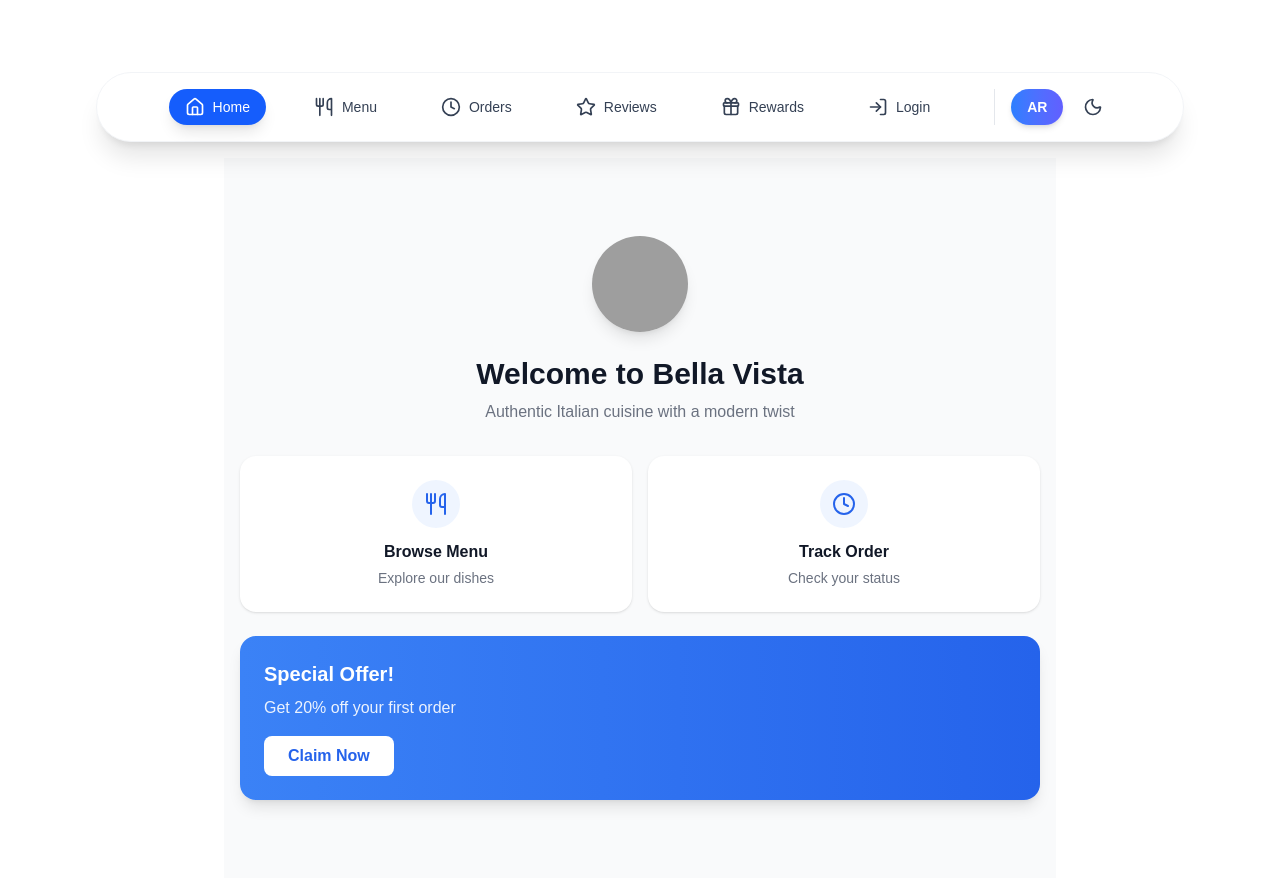
Repository: GraduationMERN/restaurant-system
Page: / (app in client/)
An editor plug-in stored every save of this project. The page is shown before and after the next save, followed by the edit.
The browser window is 1280 px wide. The pictures show the whole page.
Pictures or frames that could not be fetched are drawn as grey boxes. The project was rebuilt for these pictures with package versions that can differ from the ones it lists, and the page was loaded fresh each time. Also part of the build but not shown: client/vite.config.js, client/src/pages/ReviewsPage.jsx, client/src/pages/RewardPage.jsx, client/src/components/ui/badge/Badge.jsx, client/src/components/ecommerce/EcommerceMetrics.jsx, client/src/components/ui/dropdown/Dropdown.jsx, client/src/components/ui/dropdown/DropdownItem.jsx, client/src/components/ecommerce/MonthlySalesChart.jsx and 36 more. Imported but missing from the stored project, and not drawn on this page: client/src/components/form/input/InputField, client/src/pages/admin/UserProfiles.

Above is the page before, as saved 2025-11-29 02:48:17.

### client/index.html
<!doctype html>
<html lang="en">
  <head>
    <meta charset="UTF-8" />
    <link rel="icon" type="image/svg+xml" href="/vite.svg" />
    <meta name="viewport" content="width=device-width, initial-scale=1.0" />
    <title>Restuarant</title>
  </head>
  <body>
    <div id="root"></div>
    <script type="module" src="/src/main.jsx"></script>
  </body>
</html>

### client/src/main.jsx
import { StrictMode } from 'react'
import { createRoot } from 'react-dom/client'
import './index.css'
import "swiper/swiper-bundle.css";
import "flatpickr/dist/flatpickr.css";
import App from './App.jsx'
import './i18n';
import { AppWrapper } from "./components/common/PageMeta.jsx";
import { ThemeProvider } from "./context/ThemeContext.jsx";
createRoot(document.getElementById('root')).render(
  // <StrictMode>
  <ThemeProvider>
    <AppWrapper>
      <App />
    </AppWrapper>
  </ThemeProvider>
  // </StrictMode>,
)

### client/src/App.jsx
import { BrowserRouter, Routes, Route } from "react-router-dom";
import ReviewsPage from "./pages/ReviewsPage";
import LandingPage from "./pages/LandingPage";
import Layout from "./components/Layout";
import RewardPage from "./pages/RewardPage";
import Admin from "./pages/admin/Admin";
import AppLayout from "./layout/admin-layout/AppLayout";
import { ScrollToTop } from "./components/common/ScrollToTop";
import OrderPage from "./features/orders/ui/OrderPage";

function App() {
  return (
    <BrowserRouter>
      <ScrollToTop />
      <Layout>
        <Routes>
          <Route path="/" element={<LandingPage />} />
          <Route path="/reviews" element={<ReviewsPage />} />
          <Route path="/rewards" element={<RewardPage />} />
           <Route path="/orders" element={<OrderPage />} />
          {/* Single Admin Page with section sub-route */}
          <Route element={<AppLayout />}>
            <Route path="/admin/:section?" element={<Admin />} />
          </Route>
        </Routes>
      </Layout>
    </BrowserRouter>
  );
}

export default App;

### client/src/components/common/PageMeta.jsx
import { HelmetProvider, Helmet } from "react-helmet-async";

const PageMeta = ({ title, description }) => (
  <Helmet>
    <title>{title}</title>
    <meta name="description" content={description} />
  </Helmet>
);

export const AppWrapper = ({ children }) => (
  <HelmetProvider>{children}</HelmetProvider>
);

export default PageMeta;

### client/src/context/ThemeContext.jsx
import { createContext, useState, useContext, useEffect } from "react";

const ThemeContext = createContext(undefined);

export const ThemeProvider = ({ children }) => {
  const [theme, setTheme] = useState("light");
  const [isInitialized, setIsInitialized] = useState(false);

  useEffect(() => {
    // This code will only run on the client side
    const savedTheme = localStorage.getItem("theme");
    const initialTheme = savedTheme || "light"; // Default to light theme

    setTheme(initialTheme);
    setIsInitialized(true);
  }, []);

  useEffect(() => {
    if (isInitialized) {
      localStorage.setItem("theme", theme);
      if (theme === "dark") {
        document.documentElement.classList.add("dark");
      } else {
        document.documentElement.classList.remove("dark");
      }
    }
  }, [theme, isInitialized]);

  const toggleTheme = () => {
    setTheme((prevTheme) => (prevTheme === "light" ? "dark" : "light"));
  };

  return (
    <ThemeContext.Provider value={{ theme, toggleTheme }}>
      {children}
    </ThemeContext.Provider>
  );
};

export const useTheme = () => {
  const context = useContext(ThemeContext);
  if (context === undefined) {
    throw new Error("useTheme must be used within a ThemeProvider");
  }
  return context;
};

### client/src/pages/LandingPage.jsx
import React from "react";
import { Utensils, Clock } from "lucide-react";

export default function LandingPage() {
  return (
    <div className="min-h-screen bg-default flex items-center justify-center px-4">
      <div className="max-w-7xl w-full">
        {/* Logo and Header */}
        <div className="text-center mb-8">
          <div className="w-24 h-24 mx-auto mb-6 rounded-full overflow-hidden shadow-lg">
            <img
              src="https://images.unsplash.com/photo-1517248135467-4c7edcad34c4?w=200&h=200&fit=crop"
              alt="Bella Vista"
              className="w-full h-full object-cover"
            />
          </div>
          <h1 className="text-3xl font-bold text-on-surface mb-2">
            Welcome to Bella Vista
          </h1>
          <p className="text-muted">
            Authentic Italian cuisine with a modern twist
          </p>
        </div>

        {/* Action Cards */}
        <div className="grid grid-cols-2 gap-4 mb-6">
          <button className="bg-surface rounded-2xl p-6 shadow-sm hover:shadow-md transition text-center">
            <div className="w-12 h-12 bg-primary-100 rounded-full flex items-center justify-center mx-auto mb-3">
              <Utensils className="w-6 h-6 text-primary" />
            </div>
            <h3 className="font-semibold text-on-surface mb-1">Browse Menu</h3>
            <p className="text-sm text-muted">Explore our dishes</p>
          </button>

          <button className="bg-surface rounded-2xl p-6 shadow-sm hover:shadow-md transition text-center">
            <div className="w-12 h-12 bg-primary-100 rounded-full flex items-center justify-center mx-auto mb-3">
              <Clock className="w-6 h-6 text-primary" />
            </div>
            <h3 className="font-semibold text-on-surface mb-1">Track Order</h3>
            <p className="text-sm text-muted">Check your status</p>
          </button>
        </div>

        {/* Special Offer Card */}
        <div className="bg-primary-gradient rounded-2xl p-6 shadow-lg text-white">
          <h3 className="text-xl font-bold mb-2">Special Offer!</h3>
          <p className="mb-4 opacity-90">Get 20% off your first order</p>
          <button className="bg-surface text-primary px-6 py-2 rounded-lg font-semibold hover:bg-default transition">
            Claim Now
          </button>
        </div>
      </div>
    </div>
  );
}

### client/src/components/Layout.jsx
import DesktopNav from "./desktopNav";
import Navbar from "./Navbar";
import { useLocation } from "react-router-dom";

export default function Layout({ children }) {
  const location = useLocation();
  const isAdmin = location.pathname.startsWith("/admin");

  return (
    <div className="min-h-screen w-full flex flex-col bg-white">

      {/* Desktop navbar */}
      {!isAdmin && <DesktopNav />}

      {/* Main content with correct spacing */}
      <div
        className={`w-full flex justify-center ${
          !isAdmin ? "pt-[18vh] pb-20 md:pt-[22vh] md:pb-4" : ""
        }`}
      >
        <div className="w-full max-w-xl px-4 md:max-w-4xl md:px-8">
          {children}
        </div>
      </div>

      {/* Mobile bottom navbar */}
      {!isAdmin && (
        <div className="md:hidden fixed bottom-0 left-0 right-0 bg-white shadow-lg border-t border-gray-200 z-50">
          <div className="w-full max-w-xl mx-auto h-16 flex justify-between items-center px-4">
            <Navbar />
          </div>
        </div>
      )}

    </div>
  );
}

### client/src/components/DesktopNav.jsx
import {
  Home,
  Utensils,
  Clock4,
  Star,
  Gift,
  Moon,
  LogInIcon,
  Menu,
  X,
} from "lucide-react";
import { Link, useLocation } from "react-router-dom";
import { useTranslation } from "react-i18next";
import { useState } from "react";

export default function DesktopNav() {
  const { t, i18n } = useTranslation();
  const location = useLocation();
  const [isMenuOpen, setIsMenuOpen] = useState(false);

  const isActive = (path) => location.pathname === path;

  return (
    <>
      {/* Desktop Horizontal Navbar */}
      <nav className="hidden md:block fixed top-0 left-0 right-0 z-50 pt-[10vh]">
        <div className="max-w-6xl mx-auto px-8">
          <div className="bg-white shadow-xl rounded-full border border-gray-100 px-8 py-4 flex items-center justify-center gap-8">
            <Link
              to="/"
              className={`flex items-center gap-2 px-4 py-2 rounded-full transition-all duration-300 font-medium ${
                isActive('/')
                  ? 'bg-blue-600 text-white shadow-lg'
                  : 'text-gray-700 hover:bg-blue-50 hover:text-blue-600'
              }`}
            >
              <Home size={20} />
              <span className="text-sm">{t("home")}</span>
            </Link>

            <Link
              to="/menu"
              className={`flex items-center gap-2 px-4 py-2 rounded-full transition-all duration-300 font-medium ${
                isActive('/menu')
                  ? 'bg-blue-600 text-white shadow-lg'
                  : 'text-gray-700 hover:bg-blue-50 hover:text-blue-600'
              }`}
            >
              <Utensils size={20} />
              <span className="text-sm">{t("menu")}</span>
            </Link>

            <Link
              to="/orders"
              className={`flex items-center gap-2 px-4 py-2 rounded-full transition-all duration-300 font-medium ${
                isActive('/orders')
                  ? 'bg-blue-600 text-white shadow-lg'
                  : 'text-gray-700 hover:bg-blue-50 hover:text-blue-600'
              }`}
            >
              <Clock4 size={20} />
              <span className="text-sm">{t("orders")}</span>
            </Link>

            <Link
              to="/reviews"
              className={`flex items-center gap-2 px-4 py-2 rounded-full transition-all duration-300 font-medium ${
                isActive('/reviews')
                  ? 'bg-blue-600 text-white shadow-lg'
                  : 'text-gray-700 hover:bg-blue-50 hover:text-blue-600'
              }`}
            >
              <Star size={20} />
              <span className="text-sm">{t("reviews")}</span>
            </Link>

            <Link
              to="/rewards"
              className={`flex items-center gap-2 px-4 py-2 rounded-full transition-all duration-300 font-medium ${
                isActive('/rewards')
                  ? 'bg-blue-600 text-white shadow-lg'
                  : 'text-gray-700 hover:bg-blue-50 hover:text-blue-600'
              }`}
            >
              <Gift size={20} />
              <span className="text-sm">{t("rewards")}</span>
            </Link>

            <Link
              to="/login"
              className={`flex items-center gap-2 px-4 py-2 rounded-full transition-all duration-300 font-medium ${
                isActive('/login')
                  ? 'bg-blue-600 text-white shadow-lg'
                  : 'text-gray-700 hover:bg-blue-50 hover:text-blue-600'
              }`}
            >
              <LogInIcon size={20} />
              <span className="text-sm">{t("Login")}</span>
            </Link>

            <div className="flex items-center gap-3 ml-4 pl-4 border-l border-gray-200">
              {i18n.language === "en" && (
                <button
                  onClick={() => i18n.changeLanguage("ar")}
                  className="px-4 py-2 bg-gradient-to-r from-blue-500 to-indigo-500 text-white rounded-full hover:from-blue-600 hover:to-indigo-600 transition-all duration-300 font-semibold shadow-md hover:shadow-lg text-sm"
                >
                  AR
                </button>
              )}
              {i18n.language === "ar" && (
                <button
                  onClick={() => i18n.changeLanguage("en")}
                  className="px-4 py-2 bg-gradient-to-r from-blue-500 to-indigo-500 text-white rounded-full hover:from-blue-600 hover:to-indigo-600 transition-all duration-300 font-semibold shadow-md hover:shadow-lg text-sm"
                >
                  EN
                </button>
              )}

              <button className="p-2 hover:bg-gray-100 rounded-full transition-all duration-300 text-gray-700 hover:text-blue-600">
                <Moon size={20} />
              </button>
            </div>
          </div>
        </div>
      </nav>

      {/* Mobile Burger Menu */}
      <nav className="md:hidden fixed top-4 right-4 z-50">
        <button
          onClick={() => setIsMenuOpen(!isMenuOpen)}
          className="p-3 bg-white rounded-full shadow-lg text-gray-700 hover:text-blue-600 transition-all duration-300"
        >
          {isMenuOpen ? <X size={24} /> : <Menu size={24} />}
        </button>

        {/* Mobile Menu Dropdown */}
        {isMenuOpen && (
          <div className="absolute top-16 right-0 bg-white rounded-2xl shadow-xl border border-gray-100 py-4 w-56">
            <div className="flex justify-center gap-2 px-4 mb-4 pb-4 border-b border-gray-100">
              {i18n.language === "en" && (
                <button
                  onClick={() => i18n.changeLanguage("ar")}
                  className="px-4 py-2 bg-gradient-to-r from-blue-500 to-indigo-500 text-white rounded-lg hover:from-blue-600 hover:to-indigo-600 transition-all duration-300 font-semibold shadow-md text-sm"
                >
                  AR
                </button>
              )}
              {i18n.language === "ar" && (
                <button
                  onClick={() => i18n.changeLanguage("en")}
                  className="px-4 py-2 bg-gradient-to-r from-blue-500 to-indigo-500 text-white rounded-lg hover:from-blue-600 hover:to-indigo-600 transition-all duration-300 font-semibold shadow-md text-sm"
                >
                  EN
                </button>
              )}

              <button className="p-2 hover:bg-gray-100 rounded-lg transition-all duration-300 text-gray-700 hover:text-blue-600">
                <Moon size={20} />
              </button>
            </div>

            <Link
              to="/"
              onClick={() => setIsMenuOpen(false)}
              className={`mx-3 px-4 py-3 rounded-xl flex items-center gap-3 transition-all duration-300 font-medium ${
                isActive('/')
                  ? 'bg-blue-600 text-white shadow-lg'
                  : 'text-gray-700 hover:bg-blue-50 hover:text-blue-600'
              }`}
            >
              <Home size={20} />
              <span className="text-sm">{t("home")}</span>
            </Link>

            <Link
              to="/menu"
              onClick={() => setIsMenuOpen(false)}
              className={`mx-3 px-4 py-3 rounded-xl flex items-center gap-3 transition-all duration-300 font-medium ${
                isActive('/menu')
                  ? 'bg-blue-600 text-white shadow-lg'
                  : 'text-gray-700 hover:bg-blue-50 hover:text-blue-600'
              }`}
            >
              <Utensils size={20} />
              <span className="text-sm">{t("menu")}</span>
            </Link>

            <Link
              to="/orders"
              onClick={() => setIsMenuOpen(false)}
              className={`mx-3 px-4 py-3 rounded-xl flex items-center gap-3 transition-all duration-300 font-medium ${
                isActive('/orders')
                  ? 'bg-blue-600 text-white shadow-lg'
                  : 'text-gray-700 hover:bg-blue-50 hover:text-blue-600'
              }`}
            >
              <Clock4 size={20} />
              <span className="text-sm">{t("orders")}</span>
            </Link>

            <Link
              to="/reviews"
              onClick={() => setIsMenuOpen(false)}
              className={`mx-3 px-4 py-3 rounded-xl flex items-center gap-3 transition-all duration-300 font-medium ${
                isActive('/reviews')
                  ? 'bg-blue-600 text-white shadow-lg'
                  : 'text-gray-700 hover:bg-blue-50 hover:text-blue-600'
              }`}
            >
              <Star size={20} />
              <span className="text-sm">{t("reviews")}</span>
            </Link>

            <Link
              to="/rewards"
              onClick={() => setIsMenuOpen(false)}
              className={`mx-3 px-4 py-3 rounded-xl flex items-center gap-3 transition-all duration-300 font-medium ${
                isActive('/rewards')
                  ? 'bg-blue-600 text-white shadow-lg'
                  : 'text-gray-700 hover:bg-blue-50 hover:text-blue-600'
              }`}
            >
              <Gift size={20} />
              <span className="text-sm">{t("rewards")}</span>
            </Link>

            <Link
              to="/login"
              onClick={() => setIsMenuOpen(false)}
              className={`mx-3 px-4 py-3 rounded-xl flex items-center gap-3 transition-all duration-300 font-medium ${
                isActive('/login')
                  ? 'bg-blue-600 text-white shadow-lg'
                  : 'text-gray-700 hover:bg-blue-50 hover:text-blue-600'
              }`}
            >
              <LogInIcon size={20} />
              <span className="text-sm">{t("Login")}</span>
            </Link>
          </div>
        )}
      </nav>
    </>
  );
}

### client/src/components/Navbar.jsx
import { Home, Utensils, Clock4, Star, Gift } from "lucide-react";
import { Link, useLocation } from "react-router-dom";
import { useTranslation } from 'react-i18next';

export default function Navbar() {
  const { t, i18n } = useTranslation();
  const location = useLocation();

  const isActive = (path) => location.pathname === path;

  return (
    <div className="w-full flex justify-between items-center">
      {i18n.language === "en" && (
        <button
          onClick={() => i18n.changeLanguage("ar")}
          className="flex flex-col items-center text-gray-600 hover:text-blue-600 transition-colors"
        >
          <span className="text-xs font-medium">AR</span>
        </button>
      )}
      {i18n.language === "ar" && (
        <button
          onClick={() => i18n.changeLanguage("en")}
          className="flex flex-col items-center text-gray-600 hover:text-blue-600 transition-colors"
        >
          <span className="text-xs font-medium">EN</span>
        </button>
      )}

      <Link
        to="/"
        className={`flex flex-col items-center transition-colors ${
          isActive('/') ? 'text-blue-600' : 'text-gray-600 hover:text-blue-600'
        }`}
      >
        <Home size={20} />
        <span className="text-xs">{t("home")}</span>
      </Link>

      <Link
        to="/menu"
        className={`flex flex-col items-center transition-colors ${
          isActive('/menu') ? 'text-blue-600' : 'text-gray-600 hover:text-blue-600'
        }`}
      >
        <Utensils size={20} />
        <span className="text-xs">{t("menu")}</span>
      </Link>

      <Link
        to="/orders"
        className={`flex flex-col items-center transition-colors ${
          isActive('/orders') ? 'text-blue-600' : 'text-gray-600 hover:text-blue-600'
        }`}
      >
        <Clock4 size={20} />
        <span className="text-xs">{t("orders")}</span>
      </Link>

      <Link
        to="/reviews"
        className={`flex flex-col items-center transition-colors ${
          isActive('/reviews') ? 'text-blue-600' : 'text-gray-600 hover:text-blue-600'
        }`}
      >
        <Star size={20} />
        <span className="text-xs">{t("reviews")}</span>
      </Link>

      <Link
        to="/rewards"
        className={`flex flex-col items-center transition-colors ${
          isActive('/rewards') ? 'text-blue-600' : 'text-gray-600 hover:text-blue-600'
        }`}
      >
        <Gift size={20} />
        <span className="text-xs">{t("rewards")}</span>
      </Link>
    </div>
  );
}

Loaded but not shown: client/src/index.css (common file); client/src/components/common/ScrollToTop.jsx (common file); client/src/languages/ArabicLang.json (7 lines, source omitted); client/src/languages/EnglishLang.json (7 lines, source omitted); client/src/icons/admin-icons/index.js (43 lines, source omitted); client/src/i18n.js (30 lines, source omitted); client/src/layout/admin-layout/AppSidebar.jsx (280 lines, source omitted); client/src/admin.css (170 lines, source omitted)

After the next save:
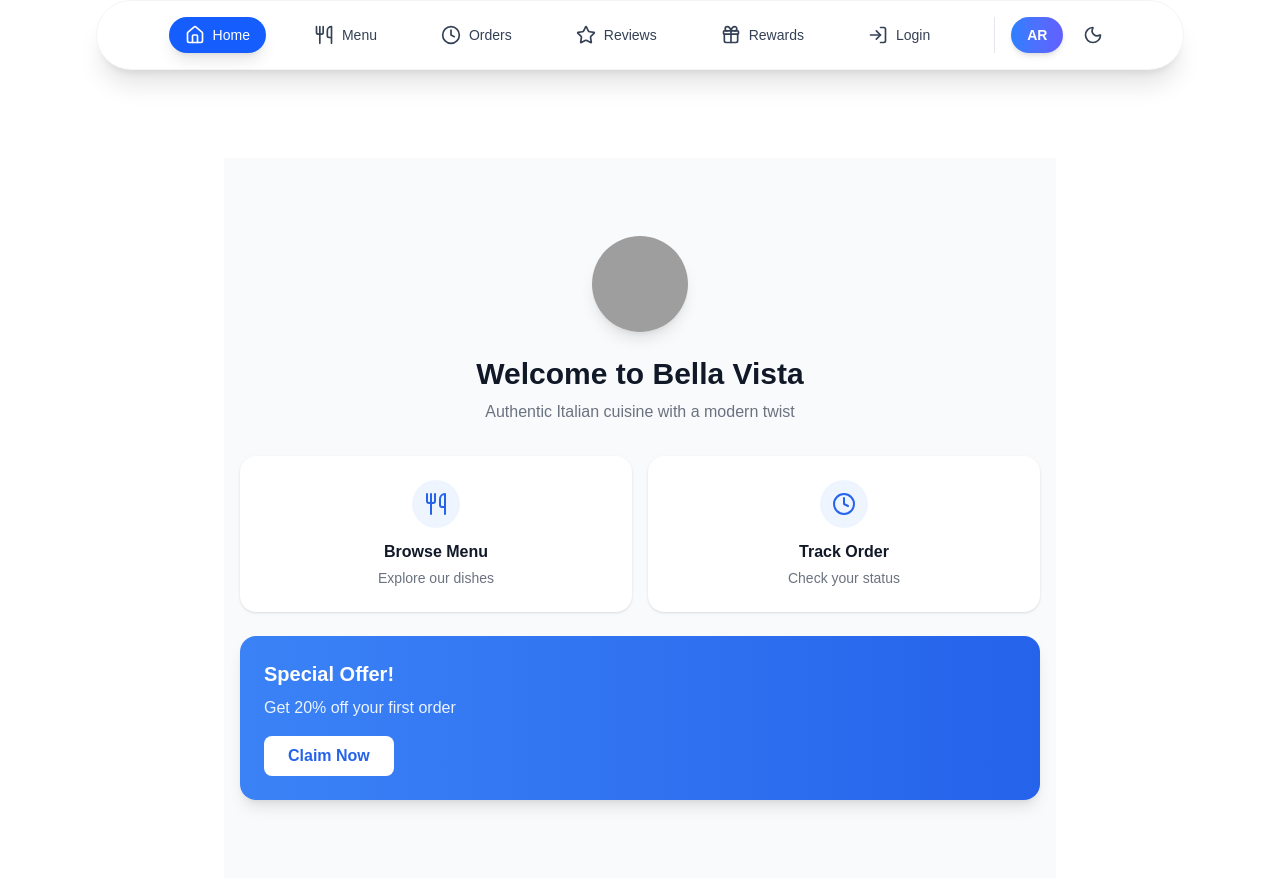
Saved 4 min 10 s later.
--- a/client/src/components/DesktopNav.jsx
+++ b/client/src/components/DesktopNav.jsx
@@ -23,7 +23,7 @@ export default function DesktopNav() {
   return (
     <>
       {/* Desktop Horizontal Navbar */}
-      <nav className="hidden md:block fixed top-0 left-0 right-0 z-50 pt-[10vh]">
+<nav className="hidden md:block fixed top-0 left-0 right-0 z-50">
         <div className="max-w-6xl mx-auto px-8">
           <div className="bg-white shadow-xl rounded-full border border-gray-100 px-8 py-4 flex items-center justify-center gap-8">
             <Link
